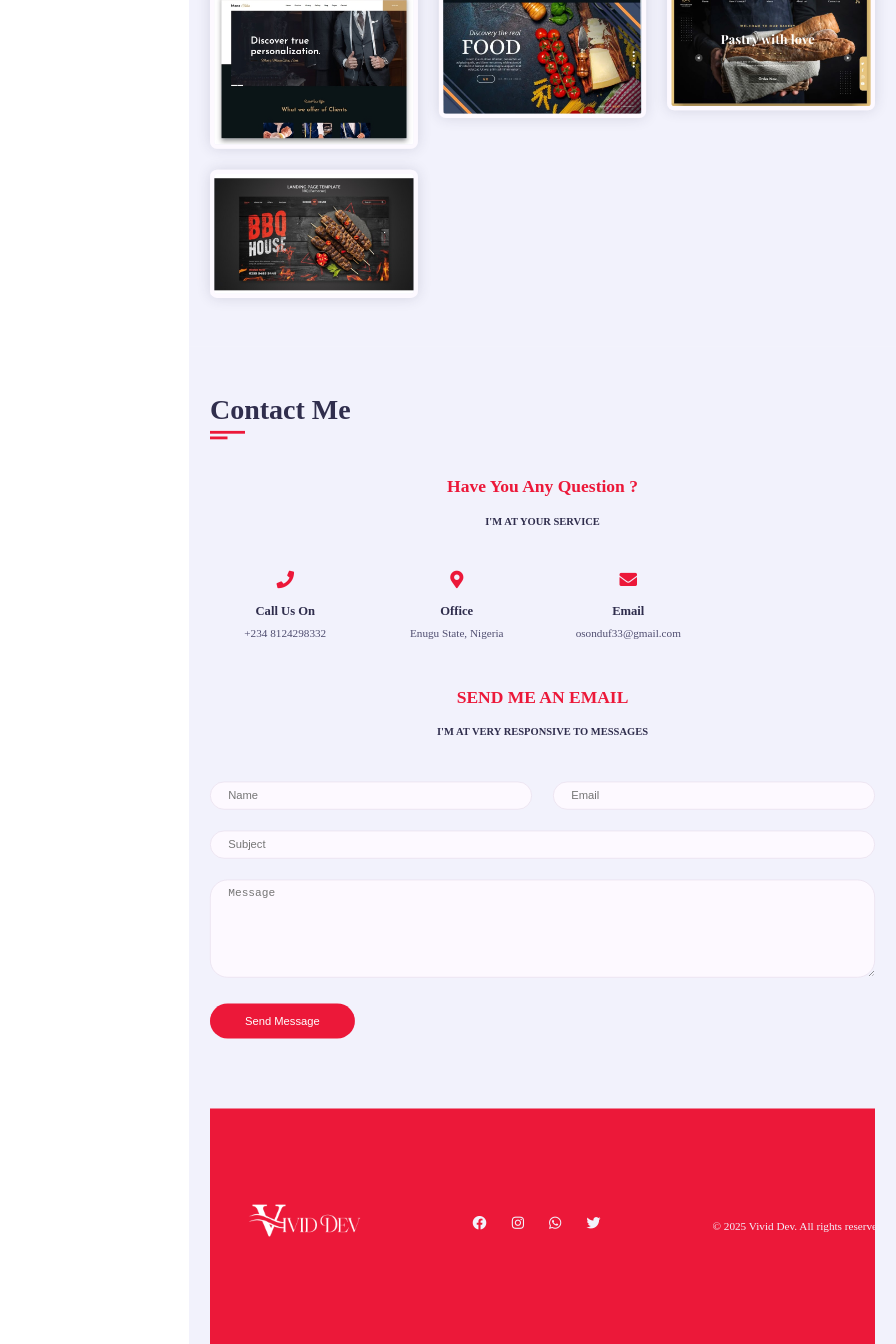
Repository: Big-Fave1/vivid-dev-portfolio
Page: build/index.html
The author's editor kept a copy of each file at every save. The page is drawn from the files as they stood at one save, then again after the next save.
The browser window is 1280 px wide. The pictures show the part of the page from y = 2892 to 4812 px (the page is 4812 px tall before and 4544 px after), at 70% of full size.
Some web fonts or font styles are not loaded; a fallback is used.

Above is the page before, as saved 2025-06-18 11:49:52.
Console error: TypeError: Cannot read properties of null (reading 'addEventListener')

After the next save:
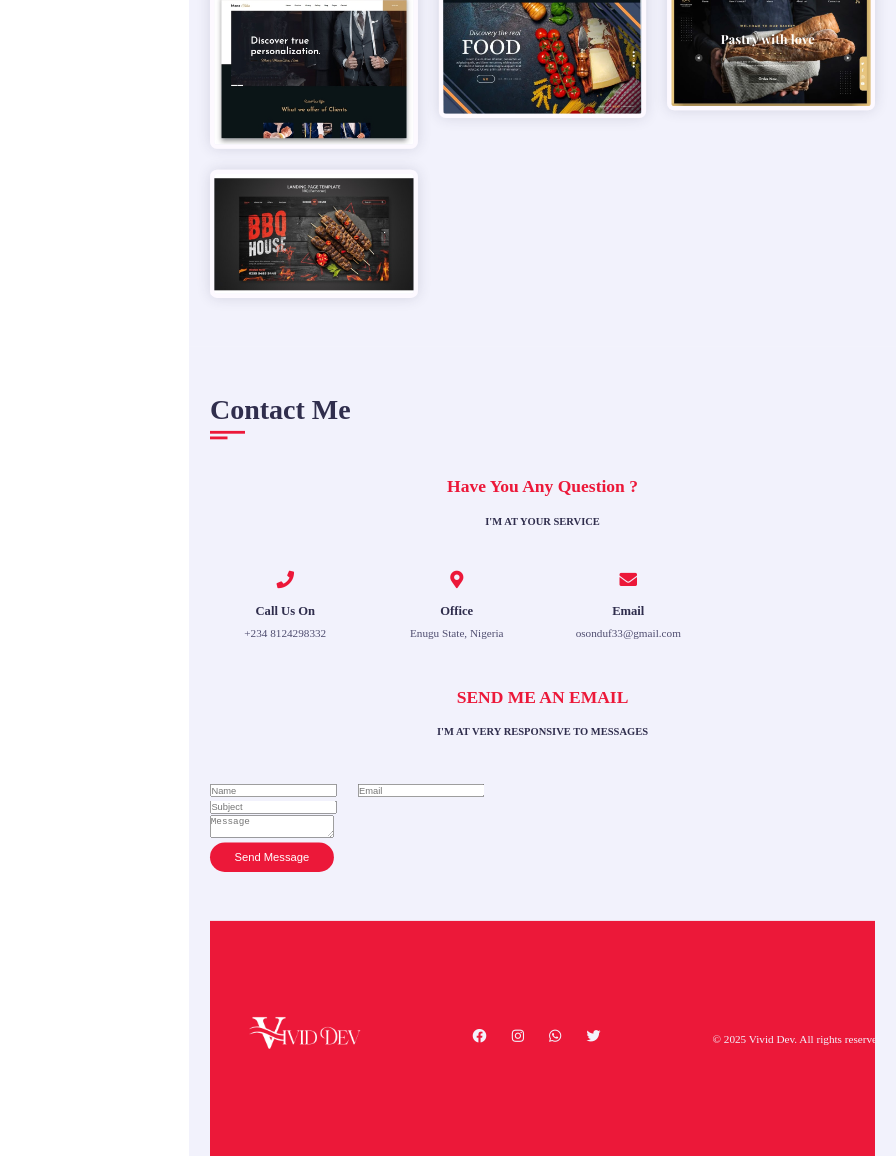
Saved 27 h 15 min later.
--- a/build/index.html
+++ b/build/index.html
@@ -336,7 +336,7 @@
                 <h4 class="contact-sub-title padd-15">I'M AT VERY RESPONSIVE TO MESSAGES</h4>
                 <!-- ==== Contact Form ==== -->
                  <div class="row">
-                    <form action="/contact" method="POST" class="contact-form padd-15">
+                    <form action="/contact" method="POST" class="contactForm padd-15">
     <div class="row">
         <div class="form-item col-6 padd-15">
             <div class="form-group">

After the save that followed:
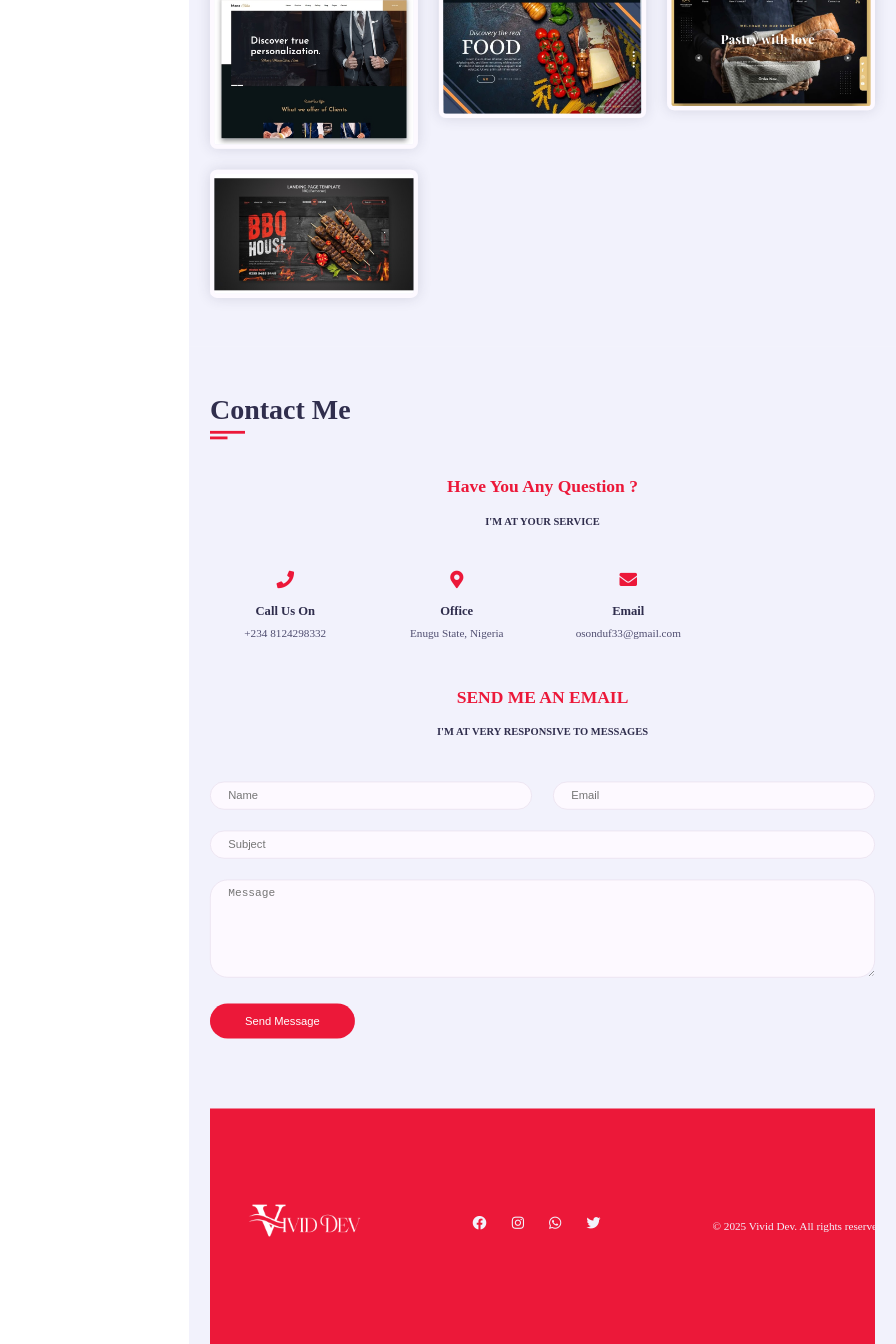
The error is gone.
Saved 11 min 0 s later.
--- a/build/index.html
+++ b/build/index.html
@@ -336,7 +336,7 @@
                 <h4 class="contact-sub-title padd-15">I'M AT VERY RESPONSIVE TO MESSAGES</h4>
                 <!-- ==== Contact Form ==== -->
                  <div class="row">
-                    <form action="/contact" method="POST" class="contactForm padd-15">
+                    <form id="contactForm" action="/contact" method="POST" class="contact-form padd-15">
     <div class="row">
         <div class="form-item col-6 padd-15">
             <div class="form-group">
